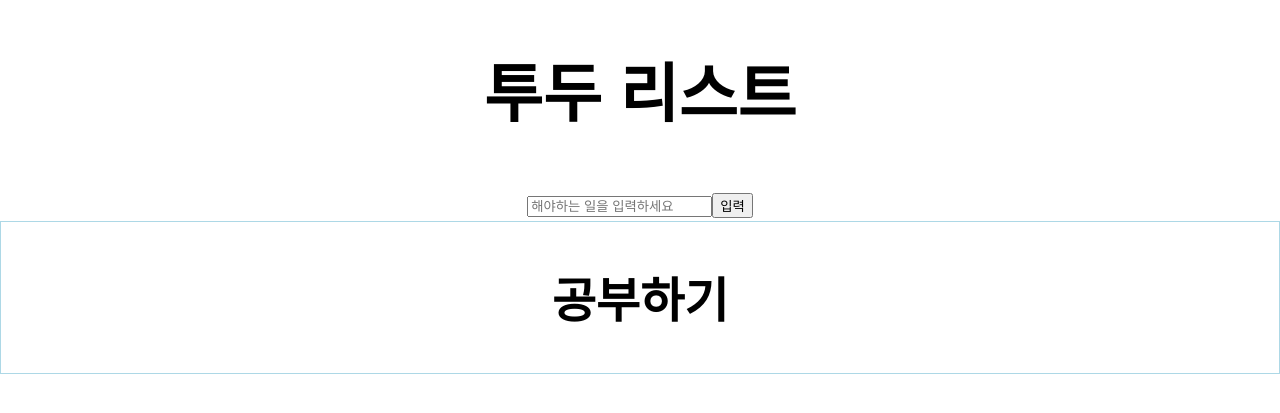
Repository: jun01270/Todo-List_React
Page: /
These files come from the project's save history. The page is drawn as it stood at one moment and after a run of saves; the edit follows.
The browser window is 1280 px wide. The pictures show the whole page.
The project was rebuilt for these pictures with package versions that can differ from the ones it lists, and the page was loaded fresh each time.

Above is the page before, as saved 2023-01-02 13:47:17.

### public/index.html
<!DOCTYPE html>
<html lang="en">
  <head>
    <meta charset="utf-8" />
    <link rel="preconnect" href="https://fonts.googleapis.com" />
    <link rel="preconnect" href="https://fonts.gstatic.com" crossorigin />
    <link
      href="https://fonts.googleapis.com/css2?family=Nanum+Pen+Script&display=swap"
      rel="stylesheet"
    />
    <meta name="viewport" content="width=device-width, initial-scale=1" />
    <meta name="theme-color" content="#000000" />
    <meta
      name="description"
      content="Web site created using create-react-app"
    />
    <link rel="apple-touch-icon" href="%PUBLIC_URL%/logo192.png" />
    <!--
      manifest.json provides metadata used when your web app is installed on a
      user's mobile device or desktop. See https://developers.google.com/web/fundamentals/web-app-manifest/
    -->
    <link rel="manifest" href="%PUBLIC_URL%/manifest.json" />
    <!--
      Notice the use of %PUBLIC_URL% in the tags above.
      It will be replaced with the URL of the `public` folder during the build.
      Only files inside the `public` folder can be referenced from the HTML.

      Unlike "/favicon.ico" or "favicon.ico", "%PUBLIC_URL%/favicon.ico" will
      work correctly both with client-side routing and a non-root public URL.
      Learn how to configure a non-root public URL by running `npm run build`.
    -->
    <title>React App</title>
  </head>
  <body>
    <noscript>You need to enable JavaScript to run this app.</noscript>
    <div id="root"></div>
    <!--
      This HTML file is a template.
      If you open it directly in the browser, you will see an empty page.

      You can add webfonts, meta tags, or analytics to this file.
      The build step will place the bundled scripts into the <body> tag.

      To begin the development, run `npm start` or `yarn start`.
      To create a production bundle, use `npm run build` or `yarn build`.
    -->
  </body>
</html>

### src/App.js
import "./App.css";
import Todo from "./todo";

function App() {
  return (
    <div className="todo">
      <Todo />
    </div>
  );
}

export default App;

### src/App.css
.todo {
  text-align: center;
  font-family: "Nanum Pen Script", cursive;
  font-size: xx-large;
}

.todo-all {
  font-size: xx-large;
}

.todo-Form {
}

.todo-title {
  font-family: "Nanum Pen Script", cursive;
}

.todo-items {
  border: 1px solid lightblue;
}

### src/todo.js
import { useState } from "react";
import "./App.css";

function Todo() {
  const handleEvent = (event) => {
    setinputValue(event.target.value);
  };

  const [inputValue, setinputValue] = useState("");
  const [todoList, setTodoList] = useState([]);

  const addTodo = () => {
    console.log("I'm Todo", todoList);
    setTodoList(...todoList, inputValue);
  };

  return (
    <div id="todo">
      <h1 className="todo-title">투두 리스트</h1>
      <div className="todo-form">
        <div className="todo-input">
          <input
            type="text"
            placeholder="해야하는 일을 입력하세요"
            onChange={handleEvent}
            value={inputValue}
          ></input>
          <button onClick={addTodo}>입력</button>
        </div>
        <div className="todo-items">
          <h2>공부하기</h2>
        </div>
      </div>
    </div>
  );
}

export default Todo;

Loaded but not shown: src/index.js (common file); src/index.css (common file); src/reportWebVitals.js (common file)

After the next 2 saves:
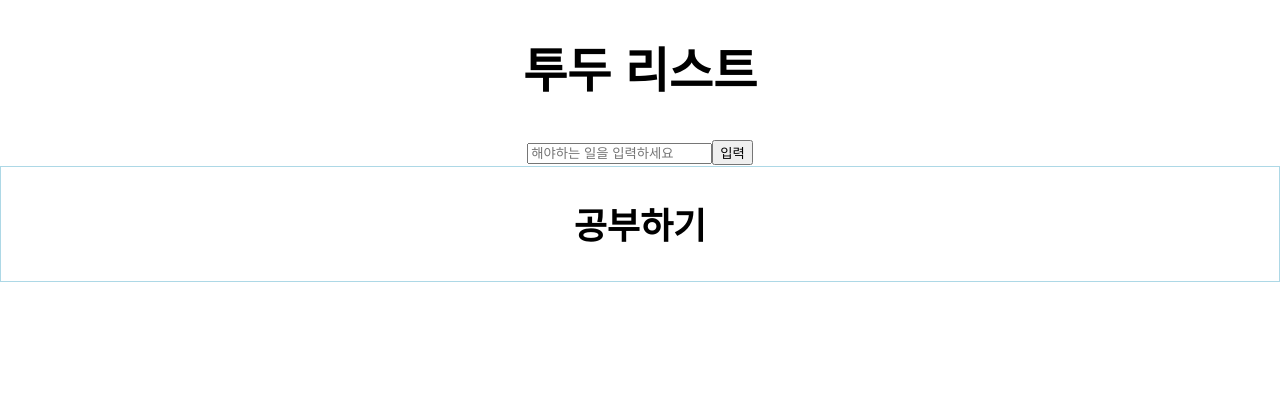
The 2 saves are shown as one change because they came seconds apart.
The last was saved 9 s later.
--- a/src/App.css
+++ b/src/App.css
@@ -1,11 +1,7 @@
 .todo {
   text-align: center;
   font-family: "Nanum Pen Script", cursive;
-  font-size: xx-large;
-}
-
-.todo-all {
-  font-size: xx-large;
+  font-size: x-large;
 }
 
 .todo-Form {
